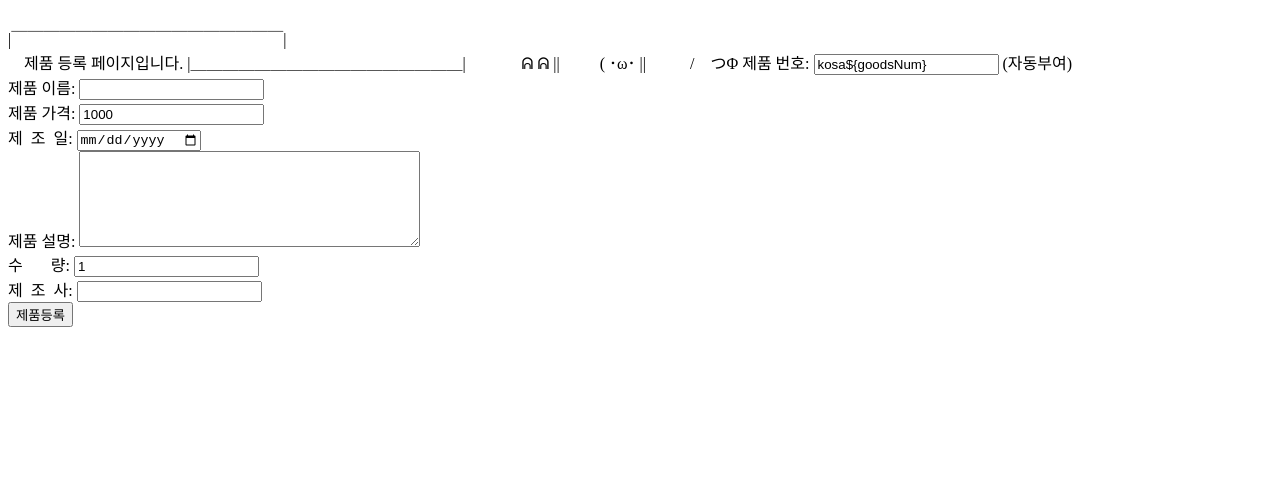
Repository: doram2/dodam
Page: http://localhost/thymeleaf/goods/goodsForm
An editor plug-in stored every save of this project. The page is shown before and after the next save, followed by the edit.
The browser window is 1280 px wide. The pictures show the whole page.
The page is this project's Thymeleaf template; nobody is signed in. The template is opened directly, without the code that normally fills it, so the values that code supplies are empty.

Above is the page before, as saved 2022-01-20 06:06:21.

After the next save:
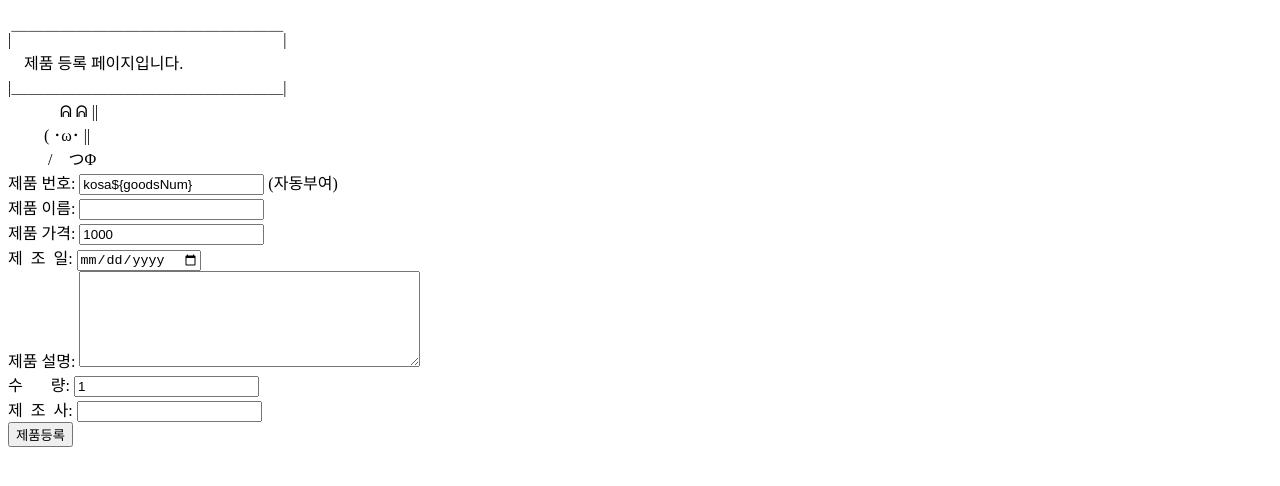
Saved 14 s later.
--- a/springBootTest2/src/main/resources/templates/thymeleaf/goods/goodsForm.html
+++ b/springBootTest2/src/main/resources/templates/thymeleaf/goods/goodsForm.html
@@ -7,11 +7,11 @@
 <body>
 	<br/>
 |￣￣￣￣￣￣￣￣￣￣￣￣￣￣￣￣￣| <br/>
-&nbsp;&nbsp;&nbsp;&nbsp;제품 등록 페이지입니다.
-|＿＿＿＿＿＿＿＿＿＿＿＿＿＿＿＿＿|
-　&nbsp;&nbsp;&nbsp;&nbsp;　        ᕱ ᕱ  ||
-　&nbsp;&nbsp;&nbsp;&nbsp;           ( ･ω･ ||
- &nbsp;&nbsp;&nbsp;&nbsp; 　         /　つΦ
+&nbsp;&nbsp;&nbsp;&nbsp;제품 등록 페이지입니다.<br/>
+|＿＿＿＿＿＿＿＿＿＿＿＿＿＿＿＿＿| <br/>
+　&nbsp;&nbsp;&nbsp;&nbsp;　        ᕱ ᕱ  ||<br/>
+　&nbsp;&nbsp;&nbsp;&nbsp;           ( ･ω･ ||<br/>
+ &nbsp;&nbsp;&nbsp;&nbsp; 　         /　つΦ<br/>
 	제품 번호: <input type="text" name="goodsNum" readonly = "readonly" value="kosa${goodsNum}"/> (자동부여) <br/>
 	제품 이름: <input type="text" name="goodsName"/><br/>
 	제품 가격: <input type="number" name="goodsPrice" min=1000 value="1000"/><br/>
